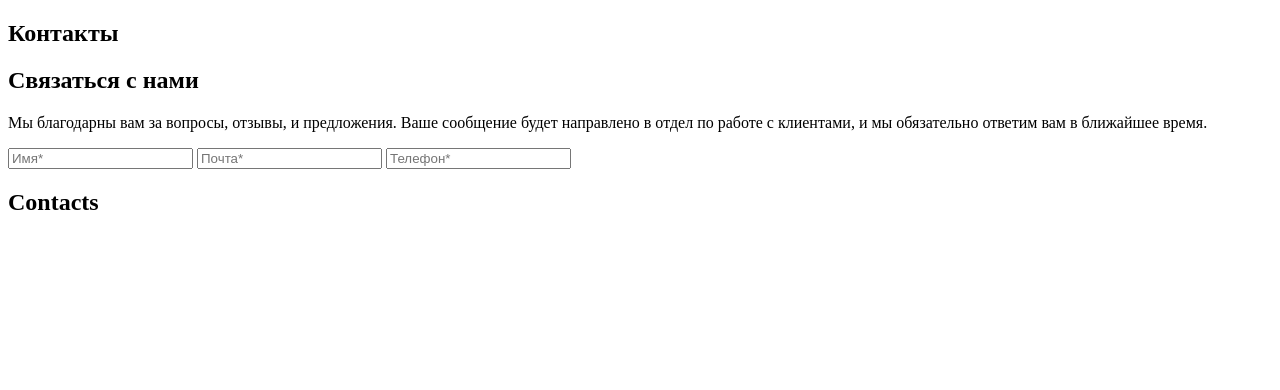
Repository: Azimich/Cleaning_
Page: src/pages/MainPage/contacts/contacts.html
The author's editor kept a copy of each file at every save. The page is drawn from the files as they stood at one save, then again after a run of saves.
The browser window is 1280 px wide. The pictures show the whole page.

Above is the page before, as saved 2022-10-11 20:46:31.

### src/pages/MainPage/contacts/contacts.html
<!DOCTYPE html>
<section class="contacts">
  <div class="wrapper">
    <div class="contacts__container">
      <div class="title__block">
        <span class="left__line"></span>
        <h1 class="title">Контакты</h1>
        <span class="right__line"></span>
      </div>
      <div class="contacts__items">
        <div class="contacts__form">
          <h2 class="h2">Связаться с нами</h2>
          <p>
            Мы благодарны вам за вопросы, отзывы, и предложения. Ваше сообщение будет направлено в отдел по работе с клиентами, и мы обязательно ответим вам в ближайшее время.
          </p>
          <form action="#" class="contacts__form">
            <input type="name" name="name" placeholder="Имя*">
            <input type="mail" name="mail" placeholder="Почта*">
            <input type="tel" name="tel" placeholder="Телефон*">
          </form>
        </div>
        <div class="contacts__maps"></div>
      </div>
    </div>
  </div>
  <h1>Contacts</h1>
</section>

After the next 4 saves:
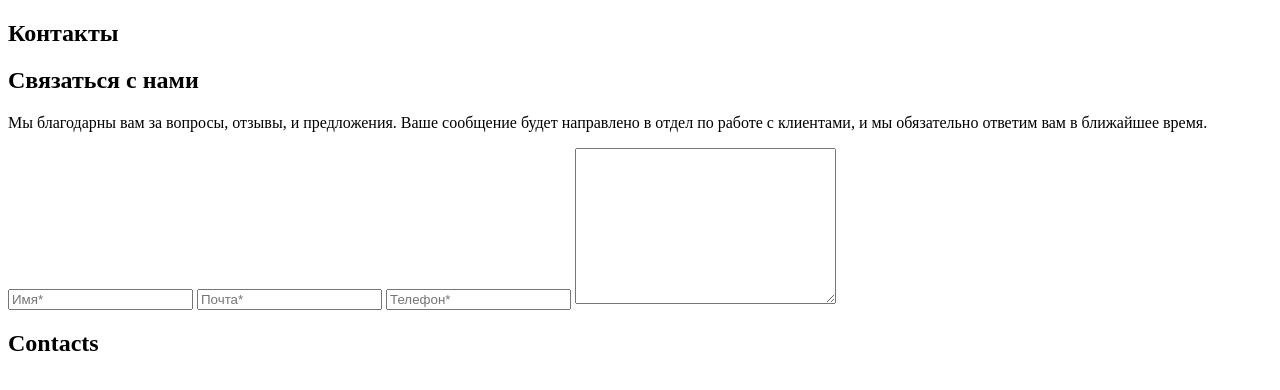
The 4 saves are shown as one change because they came seconds apart.
The last was saved 13 s later.
--- a/src/pages/MainPage/contacts/contacts.html
+++ b/src/pages/MainPage/contacts/contacts.html
@@ -17,6 +17,7 @@
             <input type="name" name="name" placeholder="Имя*">
             <input type="mail" name="mail" placeholder="Почта*">
             <input type="tel" name="tel" placeholder="Телефон*">
+            <textarea name="" id="" cols="30" rows="10"></textarea>
           </form>
         </div>
         <div class="contacts__maps"></div>
